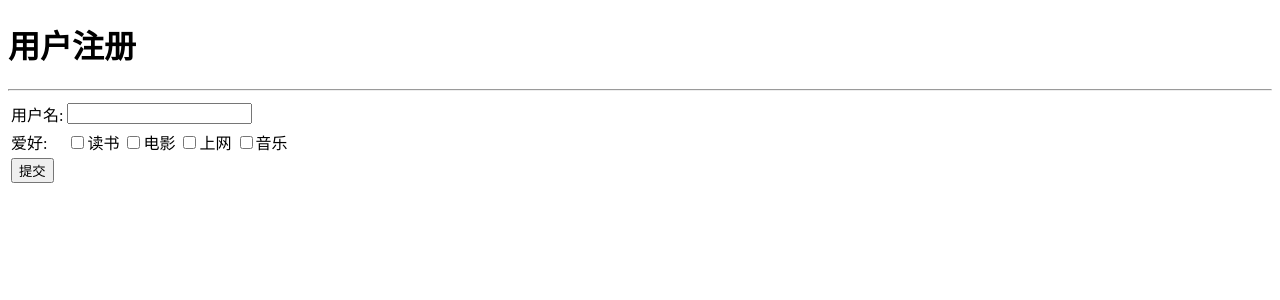
Repository: LauJoeng/JavaEE
Page: http://localhost/JspBaseElementDemo/reg.jsp
An editor plug-in stored every save of this project. The page is shown before and after the next save, followed by the edit.
The browser window is 1280 px wide. The pictures show the whole page.
The page is served by Tomcat 9.

Above is the page before, as saved 2017-11-19 10:01:24.

### JspBaseElementDemo/WebContent/reg.jsp
<%@ page language="java" contentType="text/html; charset=UTF-8"
    pageEncoding="UTF-8"%>
<!DOCTYPE html PUBLIC "-//W3C//DTD HTML 4.01 Transitional//EN" "http://www.w3.org/TR/html4/loose.dtd">
<html>
<head>
<meta http-equiv="Content-Type" content="text/html; charset=UTF-8">
<title>Insert title here</title>
</head>
<body>
	<h1>用户注册</h1>
	<hr>
	<form action="request.jsp" name="regForm" method="post">
		<table>
			<tr>
				<td>用户名:</td>
				<td><input type="text" name="username"></td>
			</tr>
			<tr>
				<td>爱好:</td>
				<td>
					<input type="checkbox" name="favorite" value="read">读书
					<input type="checkbox" name="favorite" value="movie">电影
					<input type="checkbox" name="favorite" value="internet">上网
					<input type="checkbox" name="favorite" value="music">音乐
				</td>
			</tr>
			<tr>
				<td colspan="2"><input type="submit" value="提交"></td>
			</tr>
		</table>
	</form>
</body>
</html>

After the next save:
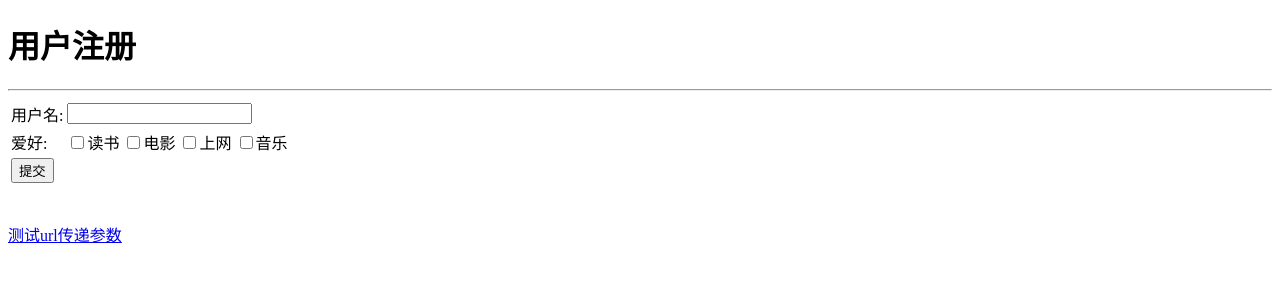
Saved 5 min 39 s later.
--- a/JspBaseElementDemo/WebContent/reg.jsp
+++ b/JspBaseElementDemo/WebContent/reg.jsp
@@ -29,5 +29,8 @@
 			</tr>
 		</table>
 	</form>
+	<br>
+	<br>
+	<a href="request.jsp?username="lisi">测试url传递参数</a>
 </body>
 </html>
